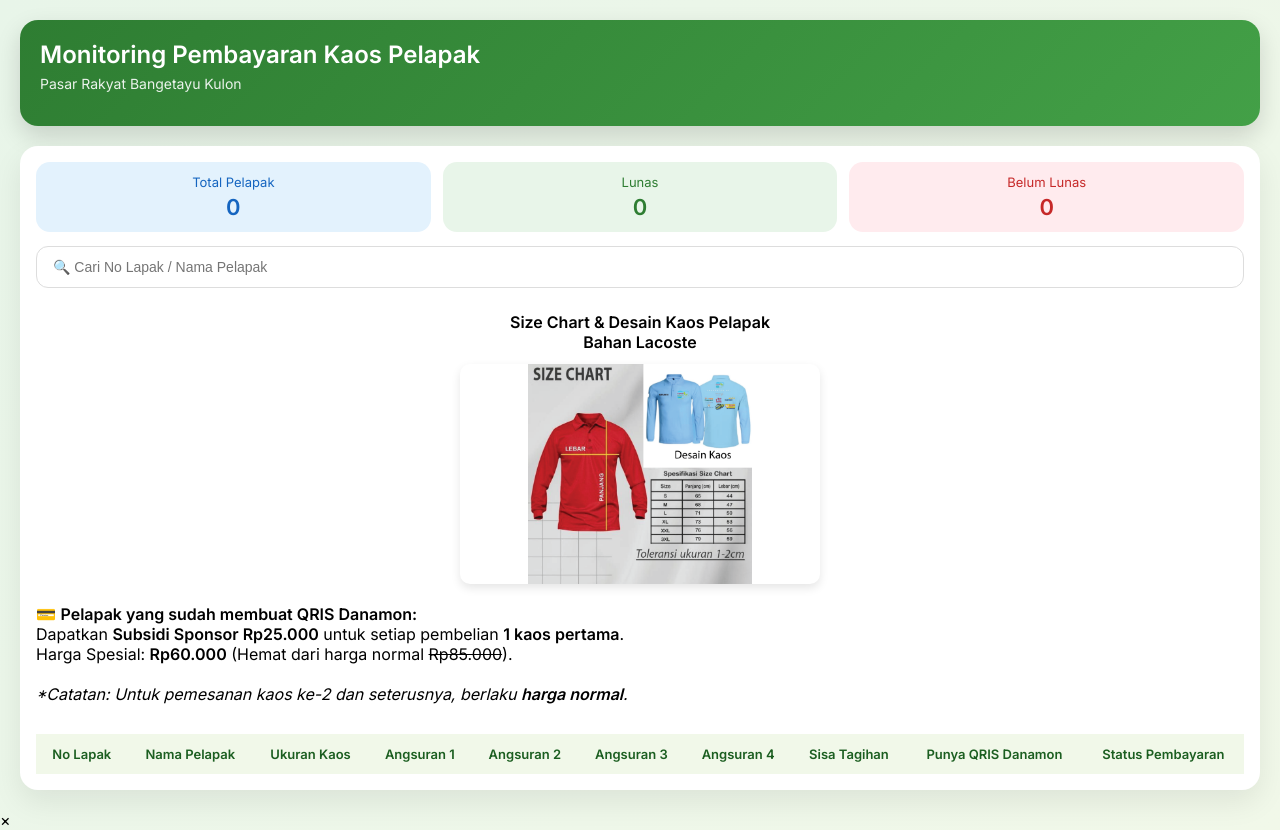
Repository: pasarrakyatbak/monitoringpembayarankaos
Page: index.html
These files come from the project's save history. The page is drawn as it stood at one moment and after a run of saves; the edit follows.
The browser window is 1280 px wide. The pictures show the whole page.
The page's requests for data from a server got no answer.

Above is the page before, as saved 2026-01-04 14:39:47.

### index.html
<!DOCTYPE html>
<html lang="id">

<head>
    <meta charset="UTF-8">
    <meta name="viewport" content="width=device-width, initial-scale=1.0">
    <title>Monitoring Pembayaran Kaos</title>

    <!-- FONT -->
    <link rel="preconnect" href="https://fonts.googleapis.com">
    <link rel="preconnect" href="https://fonts.gstatic.com" crossorigin>
    <link href="https://fonts.googleapis.com/css2?family=Inter:wght@400;500;600&display=swap" rel="stylesheet">

    <link rel="stylesheet" href="style.css">
</head>

<body>

    <div class="app">

        <!-- HEADER -->
        <header class="header">
            <h1>Monitoring Pembayaran Kaos Pelapak</h1>
            <p>Pasar Rakyat Bangetayu Kulon</p>
        </header>

        <!-- CARD -->
        <div class="card">

            <!-- RINGKASAN -->
            <div class="summary" id="summary">
                <div class="summary-card total">
                    <span>Total Pelapak</span>
                    <strong id="totalPelapak">0</strong>
                </div>
                <div class="summary-card lunas">
                    <span>Lunas</span>
                    <strong id="totalLunas">0</strong>
                </div>
                <div class="summary-card belum">
                    <span>Belum Lunas</span>
                    <strong id="totalBelum">0</strong>
                </div>
            </div>

            <!-- TOOLBAR -->
            <div class="toolbar">
                <input type="text" id="searchInput" placeholder="🔍 Cari No Lapak / Nama Pelapak">
            </div>

            <!-- ====== SECTION GAMBAR KAOS ====== -->
            <section class="kaos-section">
                <h2>Size Chart & Desain Kaos Pelapak <br>
                    Bahan Lacoste</h2>

                <div class="kaos-image-wrapper">
                    <img src="assets/img/kaos.png" alt="Size Chart dan Desain Kaos" class="kaos-image" id="kaosImage">
                </div>
            </section>
            <!-- ===== INFO SUBSIDI QRIS ===== -->
            <div class="qris-info">
                <p>
                    💳 <strong>Pelapak yang sudah membuat QRIS Danamon:</strong><br>
                    Dapatkan <strong>Subsidi Sponsor Rp25.000</strong> untuk setiap pembelian <strong>1 kaos
                        pertama</strong>.<br>
                    Harga Spesial: <strong>Rp60.000</strong> (Hemat dari harga normal <del>Rp85.000</del>).<br><br>
                    <em>*Catatan: Untuk pemesanan kaos ke-2 dan seterusnya, berlaku <strong>harga normal</strong>.</em>
                </p>
            </div>
            <!-- DESKTOP TABLE -->
            <div class="desktop-view">
                <table>
                    <thead>
                        <tr>
                            <th>No Lapak</th>
                            <th>Nama Pelapak</th>
                            <th>Ukuran Kaos</th>
                            <th>Angsuran 1</th>
                            <th>Angsuran 2</th>
                            <th>Angsuran 3</th>
                            <th>Angsuran 4</th>
                            <th>Sisa Tagihan</th>
                            <th>Punya QRIS Danamon</th>
                            <th>Status Pembayaran</th>
                        </tr>
                    </thead>
                    <tbody id="tableBody"></tbody>
                </table>
            </div>

            <!-- MOBILE CARD -->
            <div class="mobile-view" id="cardContainer"></div>

        </div>
    </div>

    <!-- ===== MODAL ZOOM GAMBAR ===== -->
    <div class="image-modal hidden" id="imageModal">
        <span class="close">&times;</span>
        <img class="modal-content" id="modalImg">
    </div>

    <!-- ===== LOADING OVERLAY ===== -->
    <div id="loadingOverlay" class="loading-overlay hidden">
        <div class="spinner"></div>
        <p>Memuat data...</p>
    </div>
    <script src="script.js"></script>
    <!-- LOADING OVERLAY -->
    <div id="loadingOverlay" class="loading-overlay hidden">
        <div class="spinner"></div>
        <p>Memuat data...</p>
    </div>
</body>

</html>

### style.css
* {
  box-sizing: border-box;
}

body {
  margin: 0;
  font-family: 'Inter', sans-serif;
  background: linear-gradient(135deg, #e8f5e9, #f1f8e9);
}

.app {
  max-width: 1400px;
  margin: auto;
  padding: 20px;
}

/* ================= HEADER ================= */
.header {
  background: linear-gradient(135deg, #2e7d32, #43a047);
  color: #fff;
  padding: 20px;
  border-radius: 18px;
  box-shadow: 0 10px 25px rgba(0, 0, 0, .15);
}

.header h1 {
  margin: 0;
  font-size: 24px;
}

.header p {
  margin-top: 6px;
  opacity: .9;
  font-size: 14px;
}

/* ================= CARD ================= */
.card {
  margin-top: 20px;
  background: #fff;
  border-radius: 18px;
  padding: 16px;
  box-shadow: 0 12px 30px rgba(0, 0, 0, .08);
}

/* ================= SUMMARY ================= */
.summary {
  display: grid;
  grid-template-columns: repeat(3, 1fr);
  gap: 12px;
  margin-bottom: 14px;
}

.summary-card {
  background: #f5f5f5;
  border-radius: 14px;
  padding: 12px;
  text-align: center;
  font-size: 13px;
}

.summary-card strong {
  display: block;
  font-size: 22px;
  margin-top: 4px;
}

.summary-card.total {
  background: #e3f2fd;
  color: #1565c0;
}

.summary-card.lunas {
  background: #e8f5e9;
  color: #2e7d32;
}

.summary-card.belum {
  background: #ffebee;
  color: #c62828;
}

/* ================= TOOLBAR ================= */
.toolbar input {
  width: 100%;
  padding: 12px 16px;
  border-radius: 12px;
  border: 1px solid #ddd;
  font-size: 14px;
}

.toolbar input:focus {
  outline: none;
  border-color: #2e7d32;
}

/* ================= TABLE ================= */
.desktop-view {
  overflow-x: auto;
}

table {
  width: 100%;
  border-collapse: collapse;
  margin-top: 14px;
  min-width: 1000px;
}

thead th {
  background: #f1f8e9;
  color: #1b5e20;
  padding: 12px;
  font-size: 13px;
  position: sticky;
  top: 0;
}

tbody td {
  padding: 12px;
  font-size: 13px;
  text-align: center;
  border-bottom: 1px solid #eee;
}

tbody tr:hover {
  background: #fafafa;
}

/* 🔴 AUTO MERAH BELUM LUNAS */
tr.belum-lunas {
  background: #ffebee !important;
}

tr.belum-lunas:hover {
  background: #ffcdd2 !important;
}

/* ================= BADGE ================= */
.badge {
  padding: 4px 10px;
  border-radius: 20px;
  font-size: 12px;
  font-weight: 600;
}

.badge-lunas {
  background: #e8f5e9;
  color: #2e7d32;
}

.badge-belum {
  background: #fff3e0;
  color: #ef6c00;
}

.badge-yes {
  background: #e3f2fd;
  color: #1565c0;
}

.badge-no {
  background: #fce4ec;
  color: #c2185b;
}

/* ================= MOBILE CARD ================= */
.mobile-view {
  display: none;
  margin-top: 16px;
  gap: 14px;
}

.pelapak-card {
  background: #fff;
  border-radius: 16px;
  padding: 14px;
  box-shadow: 0 8px 20px rgba(0, 0, 0, .08);
  border-left: 6px solid #2e7d32;
}

/* 🔴 CARD MERAH BELUM LUNAS */
.pelapak-card.belum-lunas {
  border-left-color: #c62828;
  background: #fff5f5;
}

.pelapak-header {
  display: flex;
  justify-content: space-between;
  align-items: center;
}

.lapak {
  font-weight: 600;
  color: #1b5e20;
}

.nama {
  font-size: 13px;
  color: #555;
}

.pelapak-body {
  margin-top: 10px;
  display: grid;
  grid-template-columns: repeat(2, 1fr);
  gap: 8px;
}

.item {
  background: #f1f8e9;
  border-radius: 10px;
  padding: 8px;
  text-align: center;
  font-size: 12px;
}

.item span {
  display: block;
  font-size: 11px;
  color: #666;
}

.summary {
  display: grid;
  grid-template-columns: repeat(3, 1fr);
  gap: 12px;
  margin-bottom: 14px;
}

.summary-card {
  border-radius: 14px;
  padding: 12px;
  text-align: center;
  font-size: 13px;
}

.summary-card strong {
  display: block;
  font-size: 22px;
  margin-top: 4px;
}

.summary-card.total {
  background: #e3f2fd;
  color: #1565c0;
}

.summary-card.lunas {
  background: #e8f5e9;
  color: #2e7d32;
}

.summary-card.belum {
  background: #ffebee;
  color: #c62828;
}

/* ================= LOADING ================= */
.loading-overlay {
  position: fixed;
  top: 0;
  left: 0;
  width: 100%;
  height: 100%;
  background: rgba(255, 255, 255, 0.85);
  display: flex;
  flex-direction: column;
  align-items: center;
  justify-content: center;
  z-index: 9999;
  backdrop-filter: blur(4px);
}

.loading-overlay p {
  margin-top: 12px;
  font-size: 14px;
  color: #2e7d32;
  font-weight: 500;
}

.loading-overlay.hidden {
  display: none;
}

.spinner {
  width: 48px;
  height: 48px;
  border: 5px solid #e0e0e0;
  border-top: 5px solid #2e7d32;
  border-radius: 50%;
  animation: spin 1s linear infinite;
}

@keyframes spin {
  to {
    transform: rotate(360deg);
  }
}

/* =============================
   SECTION GAMBAR KAOS
============================= */
.kaos-section {
  margin-top: 24px;
  text-align: center;
}

.kaos-section h2 {
  font-size: 16px;
  font-weight: 600;
  margin-bottom: 12px;
}

/* WRAPPER */
.kaos-image-wrapper {
  max-width: 360px;
  /* BATAS LEBAR */
  margin: 0 auto;
}

/* GAMBAR */
.kaos-image {
  width: 100%;
  max-height: 220px;
  /* BATAS TINGGI */
  object-fit: contain;
  border-radius: 10px;
  box-shadow: 0 4px 10px rgba(0, 0, 0, .1);
}

/* TEKS HINT */
.hint {
  font-size: 12px;
  color: #777;
  margin-top: 6px;
}

/* =============================
   RESPONSIVE DESKTOP
============================= */
/* ================= RESPONSIVE ================= */
@media (max-width: 768px) {
  .summary {
    grid-template-columns: 1fr;
  }

  .kaos-image-wrapper {
    max-width: 420px;
  }

  .kaos-image {
    max-height: 260px;
  }

  .desktop-view {
    display: none;
  }

  .mobile-view {
    display: grid;
    grid-template-columns: 1fr;
    gap: 16px;
  }

  .summary {
    grid-template-columns: 1fr;
  }

  .lapak {
    font-size: 16px;
  }

  .nama {
    font-size: 14px;
  }

  .pelapak-body {
    font-size: 13px;
  }

  .item.full {
    grid-column: span 2;
  }

  .item strong {
    font-weight: 600;
    color: #2e7d32;
  }
}

### script.js
const API_URL = "https://script.google.com/macros/s/AKfycby4z2qZ24SrJkcyGpybH29lSUC_3_z1LG-7wSmTzpaOEXrwjXf0Cl3hqkg95qAxPj1-/exec";

let allData = [];

document.addEventListener('DOMContentLoaded', () => {
    const searchInput = document.getElementById('searchInput');
    const tableBody = document.getElementById('tableBody');
    const cardContainer = document.getElementById('cardContainer');

    const loadingOverlay = document.getElementById('loadingOverlay');

    // =============================
    // LOADING HELPER
    // =============================
    function showLoading() {
        loadingOverlay.classList.remove('hidden');
    }

    function hideLoading() {
        loadingOverlay.classList.add('hidden');
    }

    // =============================
    // LOAD DATA
    // =============================
    async function loadData() {
        try {
            showLoading();

            const res = await fetch(API_URL + "?action=list");
            const data = await res.json();

            allData = data;
            renderAll(data);
            renderSummary(data);

        } catch (err) {
            console.error(err);
            alert("Gagal memuat data");
        } finally {
            hideLoading();
        }
    }

    // =============================
    // SUMMARY
    // =============================
    function renderSummary(data) {
        const totalPelapak = data.length;
        const totalLunas = data.filter(d => d.lunas).length;
        const totalBelum = totalPelapak - totalLunas;

        document.getElementById('totalPelapak').textContent = totalPelapak;
        document.getElementById('totalLunas').textContent = totalLunas;
        document.getElementById('totalBelum').textContent = totalBelum;
    }

    // =============================
    // RENDER ALL
    // =============================
    function renderAll(data) {
        renderTable(data);
        renderCard(data);
    }

    // =============================
    // TABLE (DESKTOP)
    // =============================
    function renderTable(data) {
        tableBody.innerHTML = '';

        data.forEach((row, index) => {
            const statusText = row.lunas ? 'Lunas' : 'Belum Lunas';
            const statusBadge = row.lunas ? 'badge-lunas' : 'badge-belum';
            const rowClass = row.lunas ? '' : 'belum-lunas';

            tableBody.innerHTML += `
        <tr class="${rowClass}">
          <td>${row.noLapak}</td>
          <td>${row.nama}</td>
          <td>${row.ukuran}</td>
          <td>${row.a1}</td>
          <td>${row.a2}</td>
          <td>${row.a3}</td>
          <td>${row.a4}</td>
          <td>Rp ${Number(row.total).toLocaleString('id-ID')}</td>
          <td>
            <input type="checkbox" ${row.qris ? 'checked' : ''} data-index="${index}">
          </td>
          <td>
            <span class="badge ${statusBadge}">${statusText}</span>
          </td>
        </tr>
      `;
        });
    }

    // =============================
    // CARD (MOBILE)
    // =============================
    function renderCard(data) {
        cardContainer.innerHTML = '';

        data.forEach((row, index) => {
            const statusText = row.lunas ? 'Lunas' : 'Belum Lunas';
            const statusBadge = row.lunas ? 'badge-lunas' : 'badge-belum';
            const cardClass = row.lunas ? '' : 'belum-lunas';

            cardContainer.innerHTML += `
        <div class="pelapak-card ${cardClass}">
          <div class="pelapak-header">
            <div>
              <div class="lapak">Lapak ${row.noLapak}</div>
              <div class="nama">${row.nama}</div>
            </div>
            <span class="badge ${statusBadge}">${statusText}</span>
          </div>

          <div class="pelapak-body">
            <div class="item"><span>Ukuran Kaos</span><strong>${row.ukuran}</strong></div>
            <div class="item"><span>Angsuran 1</span><strong>${row.a1}</strong></div>
            <div class="item"><span>Angsuran 2</span><strong>${row.a2}</strong></div>
            <div class="item"><span>Angsuran 3</span><strong>${row.a3}</strong></div>
            <div class="item"><span>Angsuran 4</span><strong>${row.a4}</strong></div>
            <div class="item"><span>Sisa Tagihan</span><strong>Rp ${Number(row.total).toLocaleString('id-ID')}</strong></div>
            <div class="item full">
              <span>Punya QRIS Danamon</span>
              <input type="checkbox" ${row.qris ? 'checked' : ''} data-index="${index}">
            </div>
          </div>
        </div>
      `;
        });
    }


    // =============================
    // UPDATE QRIS (WITH LOADING)
    // =============================
    document.body.addEventListener('change', async (e) => {
        if (e.target.type === 'checkbox' && e.target.dataset.index !== undefined) {
            const index = e.target.dataset.index;

            try {
                showLoading();

                const formData = new FormData();
                formData.append("action", "updateQRIS");
                formData.append("index", index);
                formData.append("qris", e.target.checked ? "true" : "false");

                await fetch(API_URL, {
                    method: "POST",
                    body: formData
                });

                await loadData();
            } catch (err) {
                console.error(err);
                alert("Gagal update data");
            } finally {
                hideLoading();
            }
        }
    });

    // =============================
    // SEARCH
    // =============================
    searchInput.addEventListener('keyup', () => {
        const keyword = searchInput.value.toLowerCase();

        const filtered = allData.filter(item =>
            item.noLapak.toString().includes(keyword) ||
            item.nama.toLowerCase().includes(keyword)
        );

        renderAll(filtered);
        renderSummary(filtered);
    });

    // INIT
    loadData();
});

After the next 3 saves:
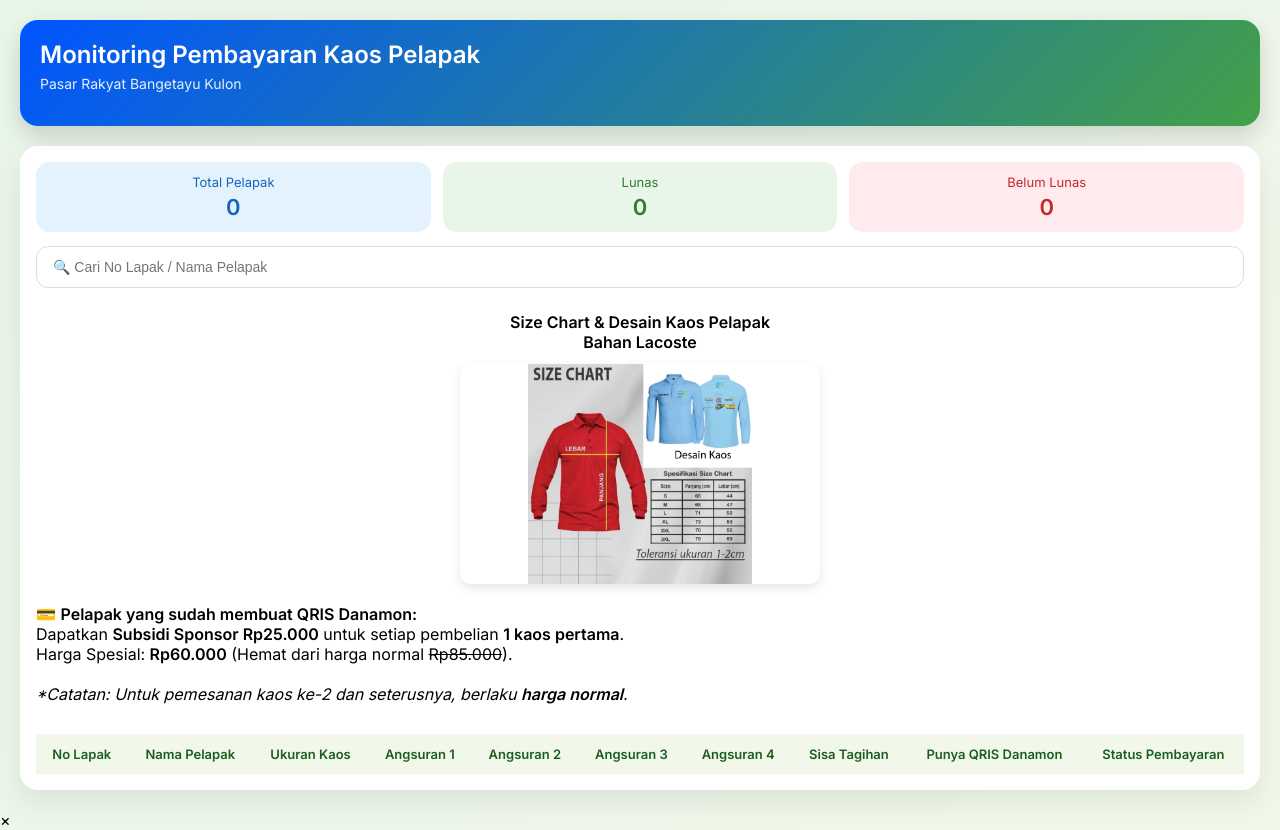
The 3 saves are shown as one change because they came seconds apart.
The last was saved 101 s later.
--- a/style.css
+++ b/style.css
@@ -16,7 +16,7 @@ body {
 
 /* ================= HEADER ================= */
 .header {
-  background: linear-gradient(135deg, #2e7d32, #43a047);
+  background: linear-gradient(135deg, #0055ff, #43a047);
   color: #fff;
   padding: 20px;
   border-radius: 18px;
